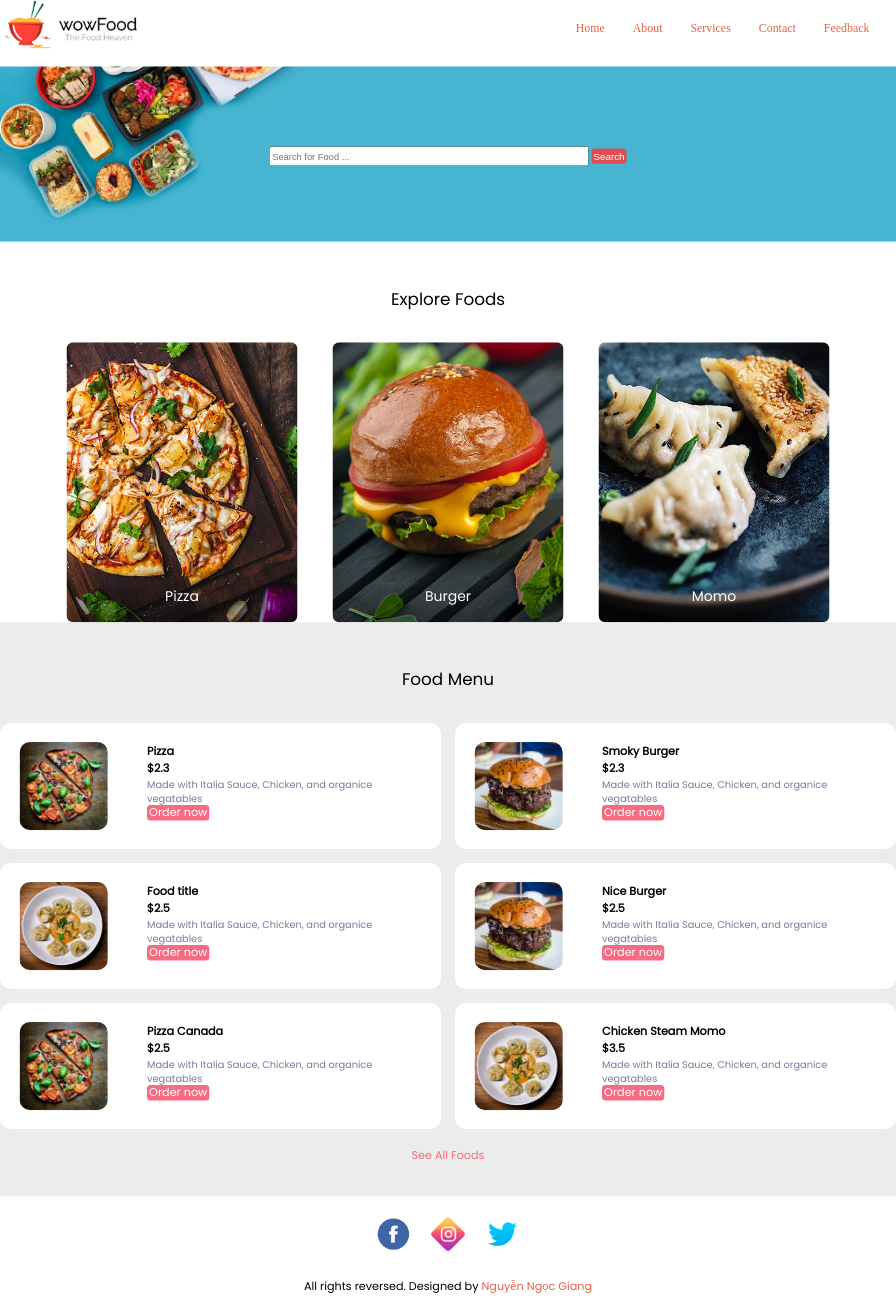
Repository: ruaruababa/WowFood
Page: index.html
These files come from the project's save history. The page is drawn as it stood at one moment and after the next save; the edit follows.
The browser window is 1280 px wide. The pictures show the whole page, at 70% of full size.

Above is the page before, as saved 2021-09-19 11:03:38.

### index.html
<!DOCTYPE html>
<html lang="en">
  <head>
    <meta charset="UTF-8" />
    <meta http-equiv="X-UA-Compatible" content="IE=edge" />
    <meta name="viewport" content="width=device-width, initial-scale=1.0" />
    <title>Document</title>
    <link rel="stylesheet" href="./style.css" />
    <link rel="stylesheet" href="./reset.css" />
    <link rel="preconnect" href="https://fonts.googleapis.com" />
    <link rel="preconnect" href="https://fonts.gstatic.com" crossorigin />
    <link
      href="https://fonts.googleapis.com/css2?family=Poppins:wght@400&display=swap"
      rel="stylesheet"
    />
    <link
      rel="stylesheet"
      href="https://cdnjs.cloudflare.com/ajax/libs/font-awesome/5.15.4/css/all.min.css"
      integrity="sha512-1ycn6IcaQQ40/MKBW2W4Rhis/DbILU74C1vSrLJxCq57o941Ym01SwNsOMqvEBFlcgUa6xLiPY/NS5R+E6ztJQ=="
      crossorigin="anonymous"
      referrerpolicy="no-referrer"
    />
  </head>

  <body>
      <nav>
      <input type="checkbox" id="check">
      <label for="check" class="checkbtn">
        <i class="fas fa-bars"></i>
      </label>
      <label class="logo">
          <img src="./img/logo.png" alt="" class="img-logo">
      </label>
      <ul>
        <li><a class="active" href="#">Home</a></li>
        <li><a href="#">About</a></li>
        <li><a href="#">Services</a></li>
        <li><a href="#">Contact</a></li>
        <li><a href="#">Feedback</a></li>
      </ul>
    </nav>
    <section>
      <div class="container-nav">
        <div class="background-search">
          <img src="./img/bg.jpg" alt="bgr-search" />
        </div>
        <div class="form">
          <input
            type="text"
            placeholder="Search for Food ..."
            class="input-search"
          />
          <!-- <button class="btn-search">Search</button> -->
          <input type="button" value="Search" class="btn-search" />
        </div>
      </div>
    </section>
    <section>
      <div class="container-section">
        <div class="explore-food">Explore Foods</div>
        <div class="collection-food">
          <ul class="list-food">
            <li class="item">
              <img src="./img/pizza.jpg" alt="" /><span>Pizza</span>
            </li>
            <li class="item">
              <img src="./img/burger.jpg" alt="" /><span>Burger</span>
            </li>
            <li class="item">
              <img src="./img/momo.jpg" alt="" /><span>Momo</span>
            </li>
          </ul>
        </div>
      </div>
    </section>
    <article>
      <div class="container-article">
        <div class="title-food-menu">Food Menu</div>
        <div class="container-menu">
          <div class="container-item">
            <img src="./img/menu-pizza.jpg" alt="" class="bgr-item" />
            <div class="item-content">
              <h6 class="title-item">Pizza</h6>
              <span class="price-item">$2.3</span>
              <p class="des-item">
                Made with Italia Sauce, Chicken, and organice vegatables
              </p>
              <a href="" class="oder-item">Order now</a>
            </div>
          </div>
          <div class="container-item">
            <img src="./img/menu-burger.jpg" alt="" class="bgr-item" />
            <div class="item-content">
              <h6 class="title-item">Smoky Burger</h6>
              <span class="price-item">$2.3</span>
              <p class="des-item">
                Made with Italia Sauce, Chicken, and organice vegatables
              </p>
              <a href="" class="oder-item">Order now</a>
            </div>
          </div>
          <div class="container-item">
            <img src="./img/menu-momo.jpg" alt="" class="bgr-item" />
            <div class="item-content">
              <h6 class="title-item">Food title</h6>
              <span class="price-item">$2.5</span>
              <p class="des-item">
                Made with Italia Sauce, Chicken, and organice vegatables
              </p>
              <a href="" class="oder-item">Order now</a>
            </div>
          </div>
          <div class="container-item">
            <img src="./img/menu-burger.jpg" alt="" class="bgr-item" />
            <div class="item-content">
              <h6 class="title-item">Nice Burger</h6>
              <span class="price-item">$2.5</span>
              <p class="des-item">
                Made with Italia Sauce, Chicken, and organice vegatables
              </p>
              <a href="" class="oder-item">Order now</a>
            </div>
          </div>
          <div class="container-item">
            <img src="./img/menu-pizza.jpg" alt="" class="bgr-item" />
            <div class="item-content">
              <h6 class="title-item">Pizza Canada</h6>
              <span class="price-item">$2.5</span>
              <p class="des-item">
                Made with Italia Sauce, Chicken, and organice vegatables
              </p>
              <a href="" class="oder-item">Order now</a>
            </div>
          </div>
          <div class="container-item">
            <img src="./img/menu-momo.jpg" alt="" class="bgr-item" />
            <div class="item-content">
              <h6 class="title-item">Chicken Steam Momo</h6>
              <span class="price-item">$3.5</span>
              <p class="des-item">
                Made with Italia Sauce, Chicken, and organice vegatables
              </p>
              <a href="" class="oder-item">Order now</a>
            </div>
          </div>
        </div>
        <div class="footer-food-menu">
          <a href="#" class="see-all-foods">See All Foods</a>
        </div>
      </div>
    </article>
    <footer>
      <div class="container-footer">
        <div class="social-network-icon">
          <div class="icon-fb">
            <a href="https://www.facebook.com/WowFoodPage"
              ><img src="./img/facebook_icon-icons.com_59205.png" alt=""
            /></a>
          </div>
          <div class="icon-insta">
            <a href="https://www.instagram.com/wowfoodrus/"
              ><img src="./img/intsa-icon.png" alt=""
            /></a>
          </div>
          <div class="icon-twitter">
            <a href="https://twitter.com/WOWFoodPics"
              ><img src="./img/twitter_socialnetwork_20007.png" alt=""
            /></a>
          </div>
        </div>
        <div class="license">
          <p>
            All rights reversed. Designed by <a href="">Nguyễn Ngọc Giang</a>
          </p>
        </div>
      </div>
    </footer>
  </body>
  <!-- <script src="/main.js"></script> -->
</html>

### style.css
body {
  overflow-x: scroll;
}
li {
  text-decoration: none;
}
a {
  text-decoration: none;
}
nav{
  height: 80px;
  width: 100%;
}
label.img-logo{
  padding: 0 100px;
}
nav ul{
  float: right;
  margin-right: 20px;
}
nav ul li{
  display: inline-block;
  line-height: 80px;
  margin: 0 5px;
}
nav ul li a{
  color: #e7614a;
  font-size: 17px;
  padding: 7px 13px;
  border-radius: 3px;
}

.checkbtn{
  font-size: 30px;
  color: white;
  float: right;
  line-height: 80px;
  margin-right: 40px;
  cursor: pointer;
  display: none;
}
#check{
  display: none;
}

ul:hover li {
  filter:blur(3px);
  opacity: .5;
  transform: scale(.98);
  box-shadow:none;
}

ul:hover li:hover{
  transform:scale(1.2);
  filter:blur(0px);
  opacity:1;
  box-shadow:0 8px 20px 0px rgba(0,0,0,0.125);
}


.container-nav {
  text-align: center;
  margin-top: 15px;
}

.background-search {
  height: 250px;
}

.background-search img {
  height: inherit;
  width: 100%;
  object-fit: cover;
}

.form {
  width: 100%;
  position: absolute;
  top: 50%;
  left: 50%;
  transform: translate(-50%, -50%);
  height: 22px;
}

.input-search {
  width: 35%;
  height: inherit;
}

.btn-search {
  background-color: rgba(250, 59, 59, 0.849);
  border: none;
  border-radius: 5px;
  font-size: 14px;
  color: white;
  cursor: pointer;
  padding: 3px;
}

section {
  position: relative;
}

.explore-food {
  padding-top: 70px;
  text-align: center;
  font-size: 24px;
  font-family: "Poppins", sans-serif;
}

.list-food {
  margin-top: 50px;
  display: flex;
  justify-content: center;
  column-gap: 50px;
}

.list-food li {
  width: 330px;
  height: 400px;
  transition: 0.2s all;
}

.list-food li:hover {
  transform: scale(1.1);
}

.list-food li img {
  width: 100%;
  height: 100%;
  object-fit: cover;
  border-radius: 10px;
}

.list-food li span {
  font-family: "Poppins", sans-serif;
  display: block;
  font-size: 20px;
  text-align: center;
  color: #ffffff;
  margin-top: -50px;
}

article {
  background-color: #ececec;
}

.title-food-menu {
  padding-top: 70px;
  font-size: 24px;
  text-align: center;
  font-family: "Poppins", sans-serif;
}

.container-menu {
  padding-top: 50px;
  display: grid;
  grid-gap: 20px;
  grid-template-columns: repeat(auto-fit, minmax(550px, 1fr));
  grid-auto-rows: 180px;
  justify-items: center;
  font-family: "Poppins", sans-serif;
}

.container-item:nth-child(odd) {
  justify-self: end;
}

.container-item:nth-child(even) {
  justify-self: start;
}

.container-item {
  background-color: #ffffff;
  display: flex;
  align-items: center;
  border-radius: 15px;
}

.container-item img {
  width: 25%;
  height: 70%;
  object-fit: cover;
  border-radius: 15px;
  margin: 0 28px;
}

.container-item .item-content {
  width: 100%;
  height: 70%;
  object-fit: cover;
  border-radius: 15px;
  margin: 0 28px;
}

.item-content {
  display: inline-block;
}

.title-item {
  font-size: 16px;
  font-weight: bold;
  line-height: 25px;
}

.price-item {
  line-height: 25px;
  font-weight: bold;
}

.des-item {
  font-size: 14px;
  line-height: 20px;
  color: #747d9c;
}

.oder-item {
  text-decoration: none;
  background-color: #f56b81;
  color: white;
  border-radius: 5px;
  padding: 3px;
  display: inline-block;
}

.footer-food-menu {
  margin-top: 30px;
}

.see-all-foods {
  display: block;
  text-align: center;
  text-decoration: none;
  color: #f56b81;
  padding-bottom: 50px;
  font-family: "Poppins", sans-serif;
  transition: 0.2s all;
}

.see-all-foods:hover {
  text-decoration: underline;
  transform: scale(1.1);
}

.social-network-icon {
  display: flex;
  justify-content: center;
  margin-top: 30px;
}

.icon-insta {
  margin: 0 30px;
}

.license {
  margin-top: 40px;
  margin-bottom: 30px;
  font-family: "Poppins", sans-serif;
}

.license p {
  text-align: center;
}

.license p a {
  text-decoration: none;
  color: #e7614a;
}

@media (max-width: 952px){
  label{
    padding-left: 50px;
  }
  nav ul li a{
    font-size: 16px;
  }
}
@media (max-width: 858px){
  .checkbtn{
    display: block;
  }
  ul{
    position: fixed;
    width: 100%;
    height: 100vh;

    top: 80px;
    left: -100%;
    text-align: center;
    transition: all .5s;
  }
  nav ul li{
    display: block;
    margin: 50px 0;
    line-height: 30px;
  }
  nav ul li a{
    font-size: 20px;
  }
  a:hover,a.active{
    background: none;
    color: #0082e6;
  }
  #check:checked ~ ul{
    left: 0;
  }
}
section{
  position: relative;
  margin-top: 200px;
  display: none;
}

Loaded but not shown: reset.css (common file)

After the next save:
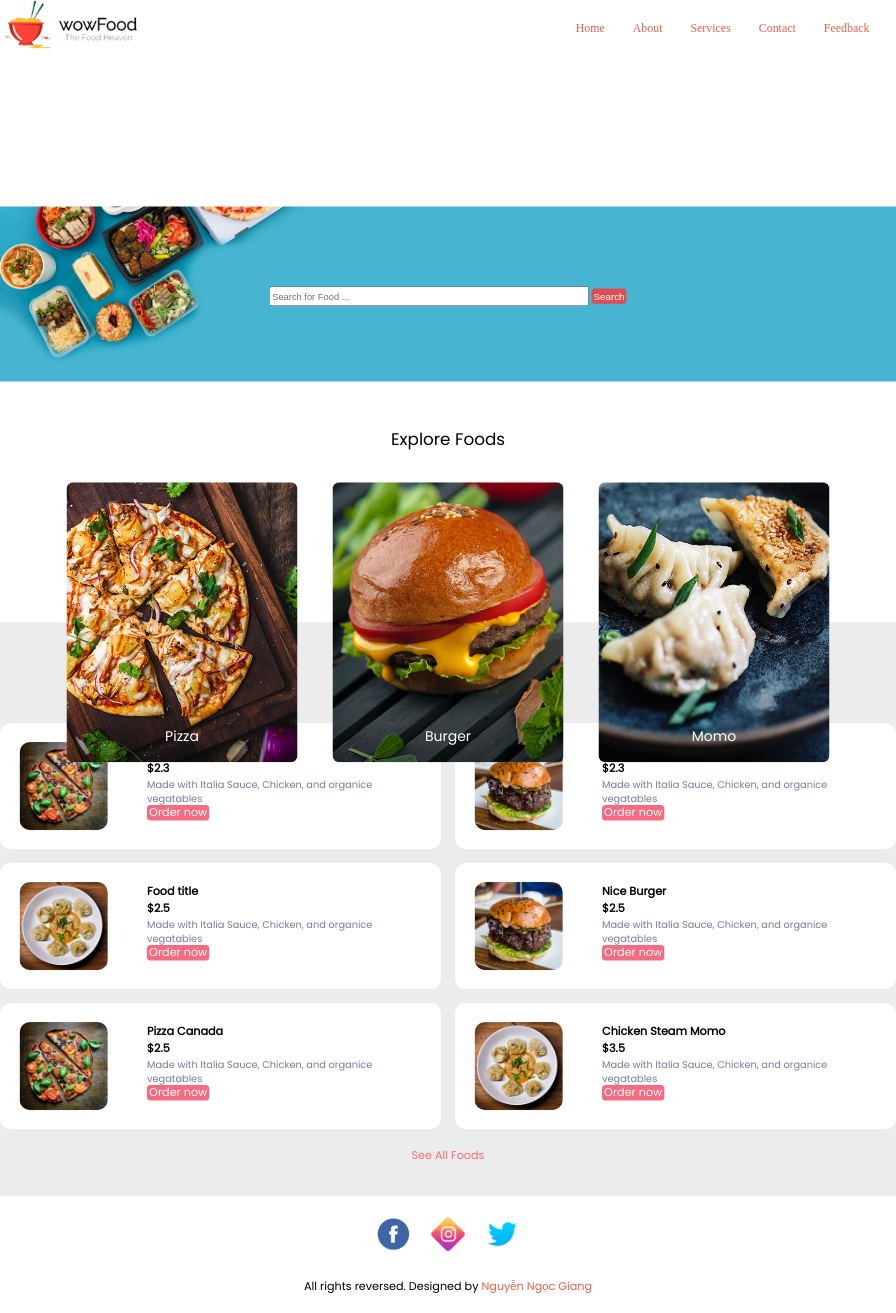
Saved 5 s later.
--- a/style.css
+++ b/style.css
@@ -307,6 +307,6 @@ article {
 }
 section{
   position: relative;
-  margin-top: 200px;
+  top: 200px;
   display: none;
 }
